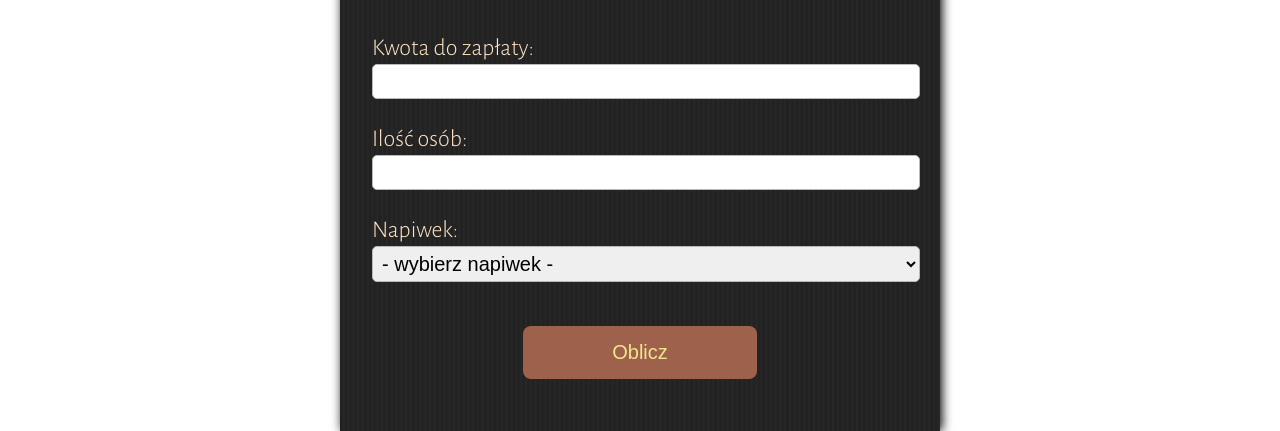
Repository: KrzysKolo/Projekt-2_Rachunek
Page: index.html
The author's editor kept a copy of each file at every save. The page is drawn from the files as they stood at one save, then again after the next save.
The browser window is 1280 px wide. The pictures show the part of the page from y = 314 to 765 px (the page is 745 px tall before and 765 px after).
Some web fonts or font styles are not loaded; a fallback is used.

Above is the page before, as saved 2020-07-03 01:51:56.

After the next save:
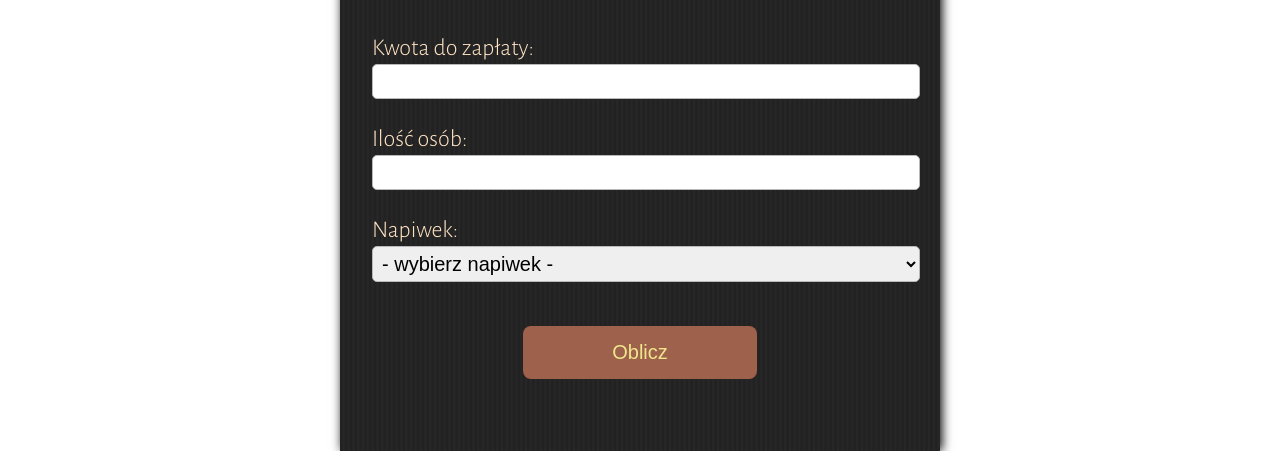
Saved 7 s later.
--- a/css/style.css
+++ b/css/style.css
@@ -100,7 +100,7 @@ body {
 }
 .article__error {
   color: red;
-  text-align: center
+  text-align: center;
   padding: 10px;
 }
 /*
